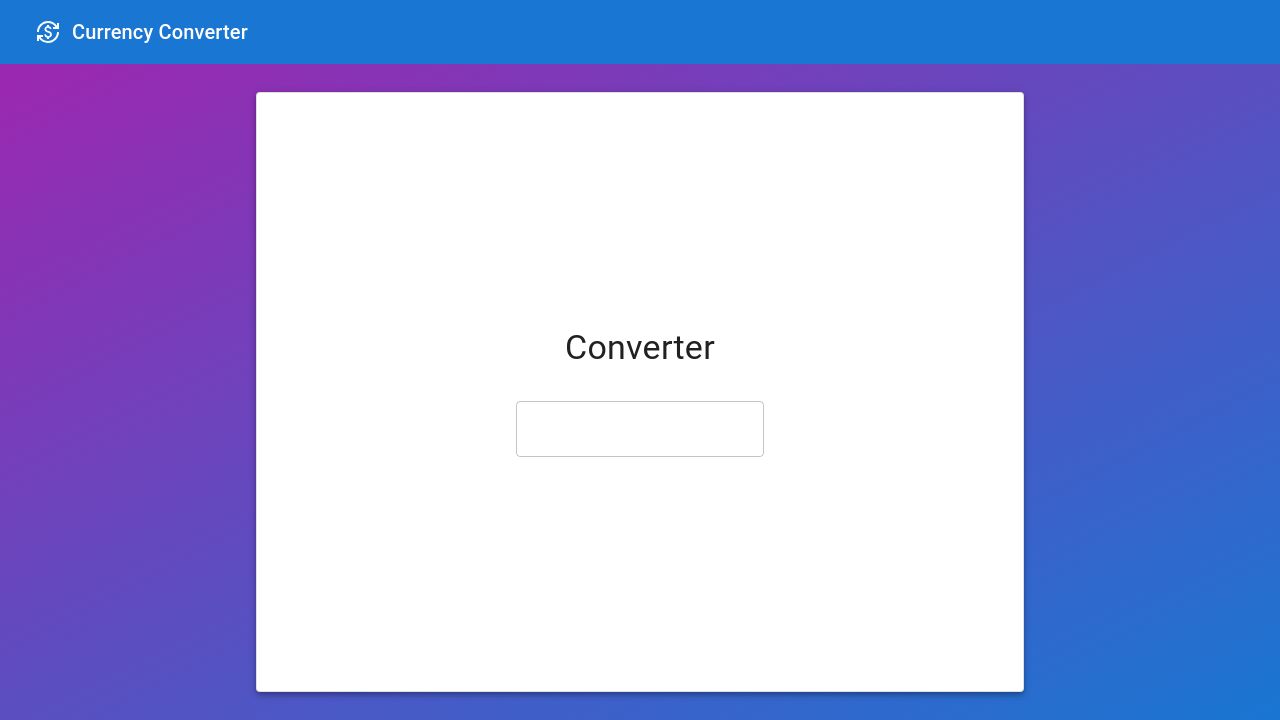
Repository: rutsguifd/currency-converter
Page: /
The author's editor kept a copy of each file at every save. The page is drawn from the files as they stood at one save, then again after the next save.
The browser window is 1280 px wide. The pictures show the whole page.
The project was rebuilt for these pictures with package versions that can differ from the ones it lists, and the page was loaded fresh each time. Also part of the build but not shown: src/components/ErrorBoundary.jsx.

Above is the page before, as saved 2023-03-27 23:49:02.

After the next save:
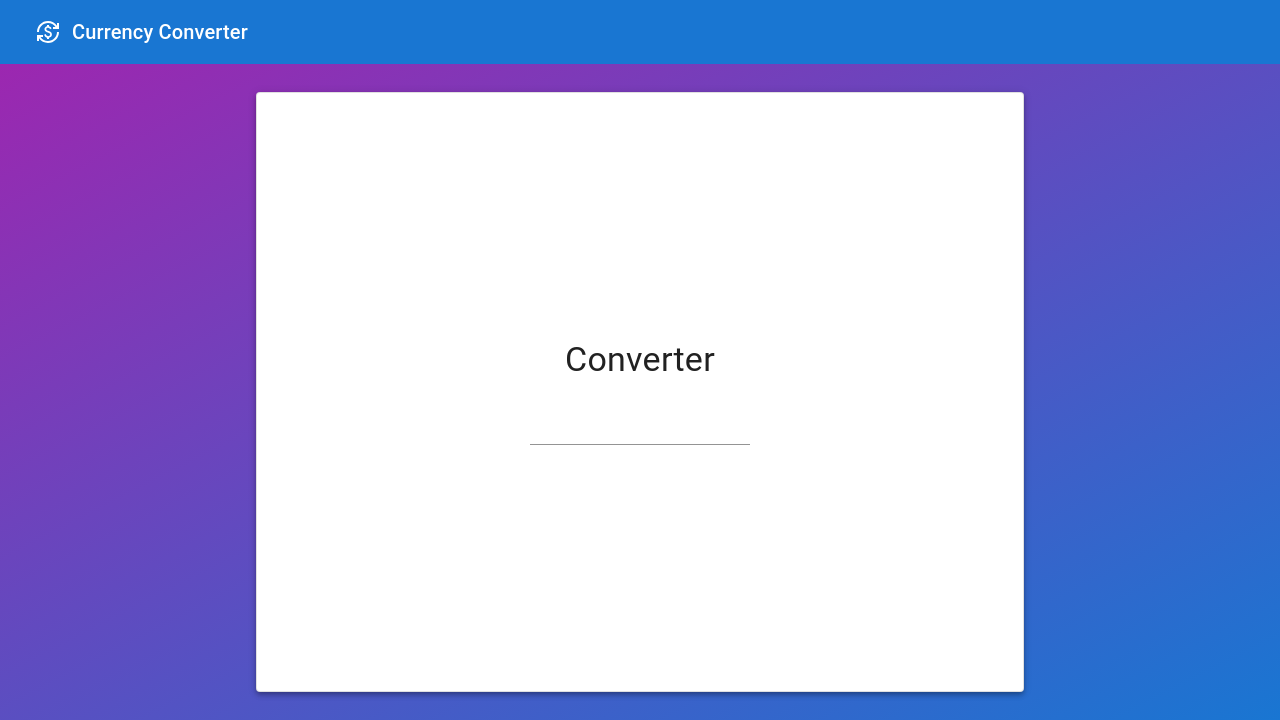
Saved 28 s later.
--- a/src/components/Convert.jsx
+++ b/src/components/Convert.jsx
@@ -20,7 +20,7 @@ const Convert = () => {
       }}
     >
       <Typography variant="h4">Converter</Typography>
-      <TextField />
+      <TextField variant="standard" />
     </Paper>
   );
 };
